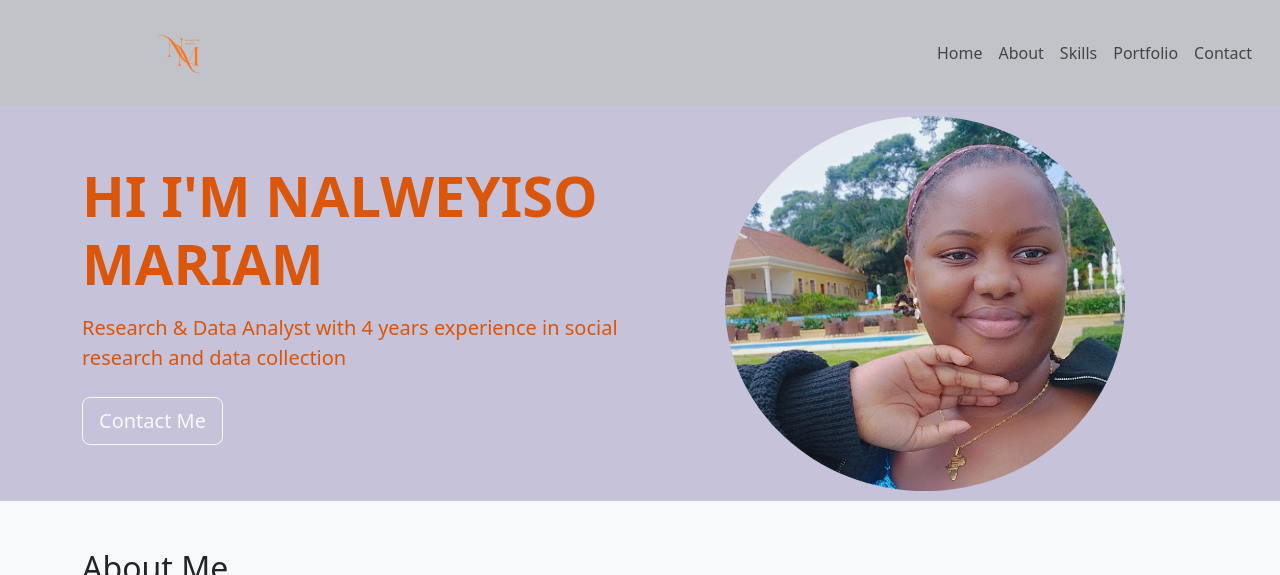
Repository: NalweMari/My-Personal-Portfolio
Page: index.html
The author's editor kept a copy of each file at every save. The page is drawn from the files as they stood at one save, then again after a run of saves.
The browser window is 1280 px wide. The pictures show the part of the page from y = 0 to 575 px (the page is 1005 px tall).
A picture or video elsewhere on the page could not be fetched, so the positions and the page height are approximate.

Above is the page before, as saved 2025-11-28 11:47:26.
Console error (its wording comes from the project's code and is left out).

After the next 3 saves:
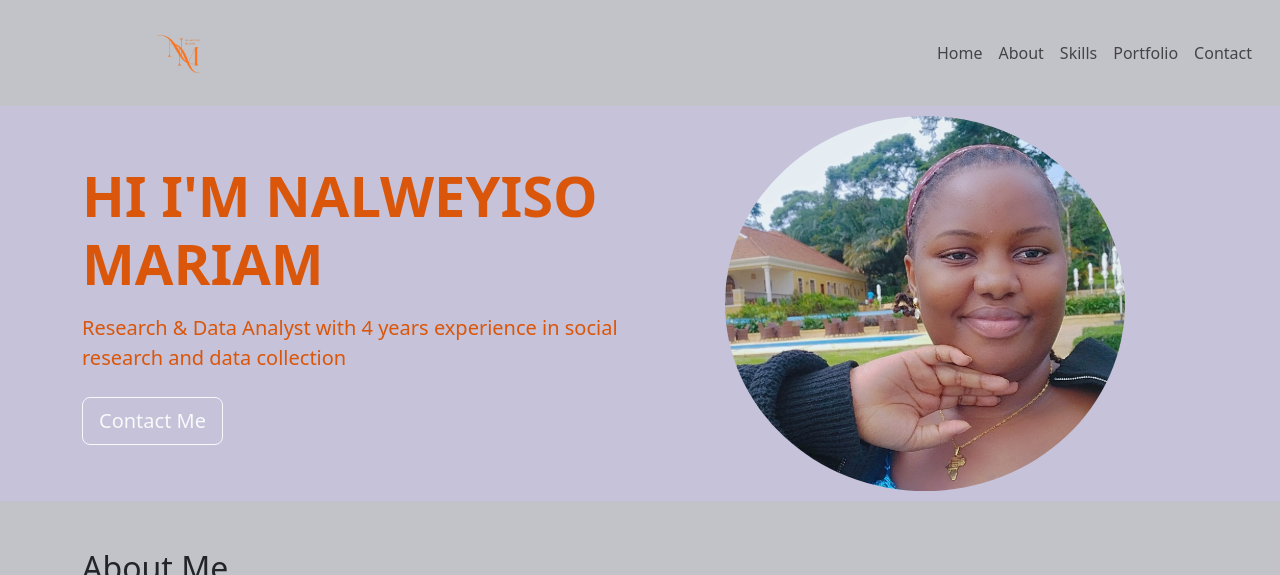
The 3 saves are shown as one change because they came seconds apart.
The last was saved 31 s later.
--- a/index.html
+++ b/index.html
@@ -56,7 +56,7 @@
     </section>
 
     <!-- About Section -->
-    <section id="about" class="py-5 bg-light">
+    <section id="about" class="py-5 bg-custom">
         <div class="container">
             <h2 class="section-title">About Me</h2>
             <div class="row align-items-center">
